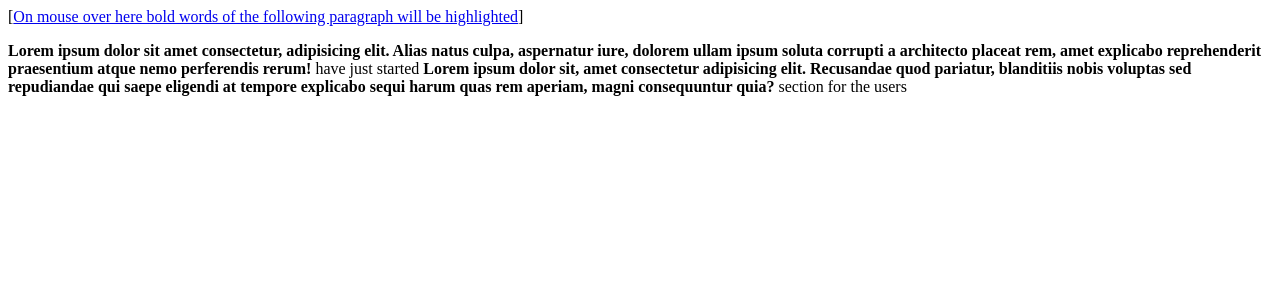
Repository: HoangDuy315/web-dev2022
Page: hw151022/ex2/ex2.5/index.html
The author's editor kept a copy of each file at every save. The page is drawn from the files as they stood at one save, then again after the next save.
The browser window is 1280 px wide. The pictures show the whole page.

Above is the page before, as saved 2022-10-15 15:27:24.

After the next save:
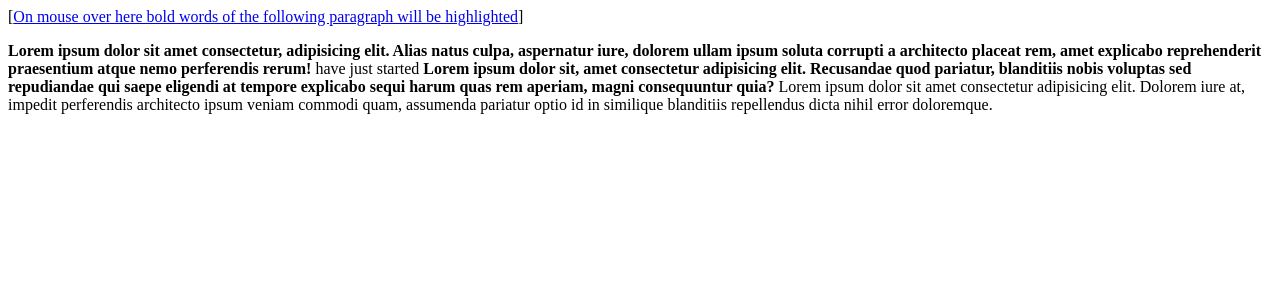
Saved 9 s later.
--- a/hw151022/ex2/ex2.5/index.html
+++ b/hw151022/ex2/ex2.5/index.html
@@ -26,7 +26,10 @@
         eligendi at tempore explicabo sequi harum quas rem aperiam, magni
         consequuntur quia?</strong
       >
-      section for the users
+      Lorem ipsum dolor sit amet consectetur adipisicing elit. Dolorem iure at,
+      impedit perferendis architecto ipsum veniam commodi quam, assumenda
+      pariatur optio id in similique blanditiis repellendus dicta nihil error
+      doloremque.
     </p>
   </body>
 
